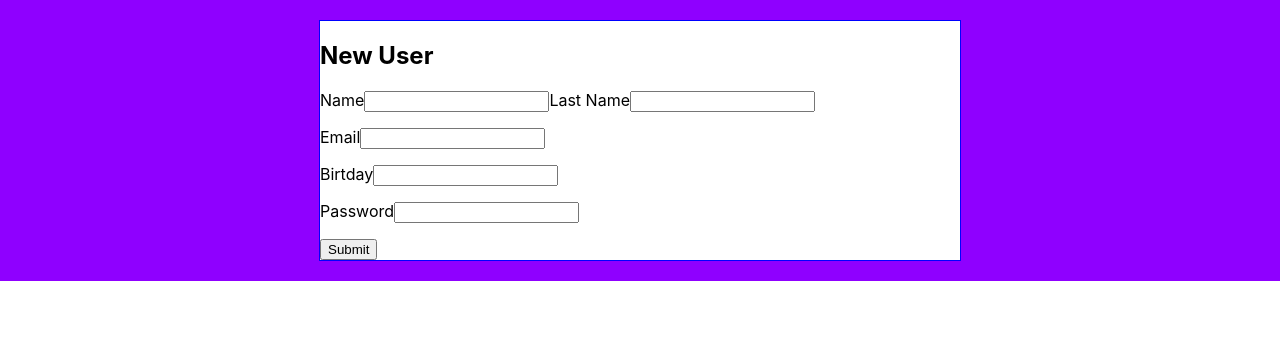
Repository: RobertAries28/CrudUsuarios
Page: /
An editor plug-in stored every save of this project. The page is shown before and after the next save, followed by the edit.
The browser window is 1280 px wide. The pictures show the whole page.
The page's requests for data from a server got no answer. The project was rebuilt for these pictures with package versions that can differ from the ones it lists, and the page was loaded fresh each time. No one was signed in, and anything a server would have sent is missing.

Above is the page before, as saved 2022-05-23 19:03:27.

After the next save:
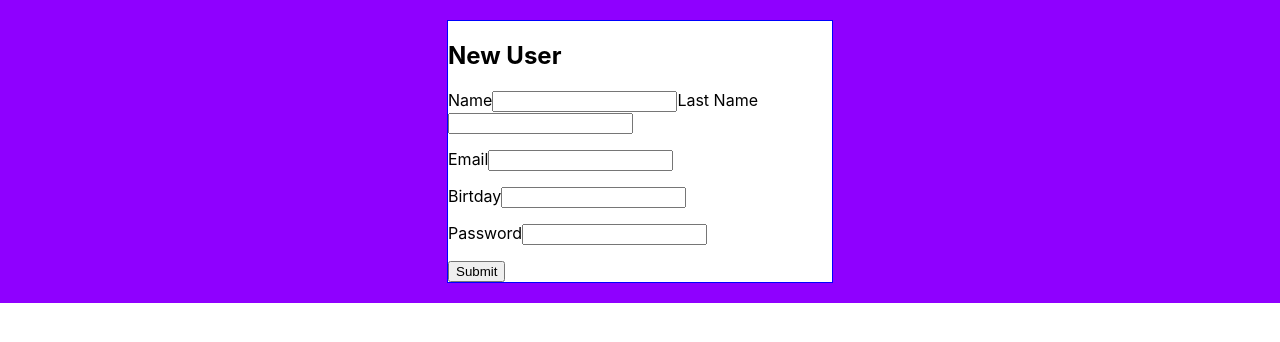
Saved 13 s later.
--- a/src/App.css
+++ b/src/App.css
@@ -29,7 +29,7 @@ ul{
   border: 1px solid blue;
   background: white;
   margin: auto;
-  width: 50%;
+  width: 30%;
 }
 
 
